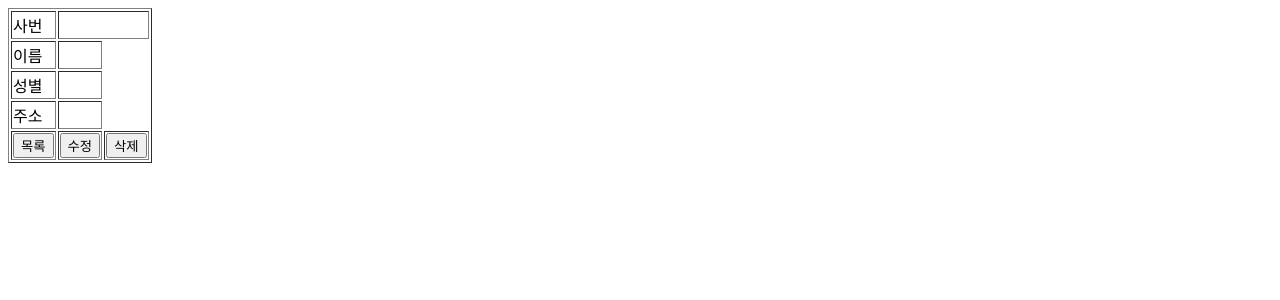
Repository: GeonyoungPark/pythonBasic
Page: http://localhost/HELLO_WEB/emp_detail
The author's editor kept a copy of each file at every save. The page is drawn from the files as they stood at one save, then again after the next save.
The browser window is 1280 px wide. The pictures show the whole page.
The page is served by Tomcat 9. Other server files are loaded and not shown. Queries for data that is not in the repository find no rows.

Above is the page before, as saved 2022-07-04 10:50:20.

### HELLO_WEB/src/main/webapp/emp_detail.jsp
<%@page import="kr.co.aiai.dao.EmpVO"%>
<%@page import="java.util.ArrayList"%>
<%@ page language="java" contentType="text/html; charset=UTF-8"
	pageEncoding="UTF-8"%>

<!DOCTYPE html>
<html>
<head>
<meta charset="UTF-8">
<title>Insert title here</title>
<style type="text/css">
</style>
</head>
<body>
	<%
	EmpVO vo = (EmpVO) request.getAttribute("c");
	%>
	<table border="1px">
		<tr>
			<td>사번</td>
			<td colspan="2"><%=vo.getE_id()%></td>
		</tr>
		<tr>
			<td>이름</td>
			<td><%=vo.getE_name()%></td>
		</tr>
		<tr>
			<td>성별</td>
			<td><%=vo.getSex()%></td>
		</tr>
		<tr>
			<td>주소</td>
			<td><%=vo.getAddr()%></td>
		</tr>
		<tr>
			<td><input type="button" value="목록"></td>
			<td><input type="button" value="수정"></td>
			<td><input type="button" value="삭제"></td>
		</tr>
	</table>
</body>
</html>

### HELLO_WEB/src/main/java/kr/co/aiai/controller/EmpDetail.java
package kr.co.aiai.controller;

import java.io.IOException;
import java.io.PrintWriter;
import java.util.ArrayList;

import javax.servlet.RequestDispatcher;
import javax.servlet.ServletException;
import javax.servlet.annotation.WebServlet;
import javax.servlet.http.HttpServlet;
import javax.servlet.http.HttpServletRequest;
import javax.servlet.http.HttpServletResponse;

import kr.co.aiai.dao.DaoEmp;
import kr.co.aiai.dao.EmpVO;

@WebServlet("/emp_detail")
public class EmpDetail extends HttpServlet {

	protected void doGet(HttpServletRequest request, HttpServletResponse response) throws ServletException, IOException {
		String e_id = request.getParameter("e_id");

		DaoEmp de = new DaoEmp();

		EmpVO vo = new EmpVO();
		vo.setE_id(e_id);

		try {
			vo = de.getOne(vo);
		} catch (Exception e) {
			e.printStackTrace();
		}
		request.setAttribute("c", vo);
		RequestDispatcher rd = request.getRequestDispatcher("/emp_detail.jsp");
		rd.forward(request, response);


	}

	protected void doPost(HttpServletRequest request, HttpServletResponse response) throws ServletException, IOException {
		doGet(request, response);
	}

}

### HELLO_WEB/src/main/java/kr/co/aiai/dao/DaoEmp.java
package kr.co.aiai.dao;

import java.sql.Connection;
import java.sql.DriverManager;
import java.sql.ResultSet;
import java.sql.Statement;
import java.util.ArrayList;

public class DaoEmp {

	public EmpVO getOne(EmpVO pvo) throws Exception {

		EmpVO rvo = new EmpVO();

		Class.forName("com.mysql.jdbc.Driver");
		Connection conn = DriverManager.getConnection("jdbc:mysql://127.0.0.1:3305/python", "root", "python");
		Statement stmt = conn.createStatement();

		String sql = "select e_id,e_name,sex,addr from emp "; // *보단 필드값으로 명시해주는것이 좋은 습관이다
		sql += "where ";
		sql += "e_id = '" + pvo.getE_id() + "' ";

		ResultSet rs = stmt.executeQuery(sql);

		while (rs.next()) {

			rvo.setE_id(rs.getString("e_id"));
			rvo.setE_name(rs.getString("e_name"));
			rvo.setSex(rs.getString("sex"));
			rvo.setAddr(rs.getString("addr"));
		}

		rs.close();
		stmt.close();
		conn.close();

		return rvo;
	}

	public ArrayList<EmpVO> getList() throws Exception {

		ArrayList<EmpVO> list = new ArrayList<EmpVO>();

		Class.forName("com.mysql.jdbc.Driver");
		Connection conn = DriverManager.getConnection("jdbc:mysql://127.0.0.1:3305/python", "root", "python");
		Statement stmt = conn.createStatement();
		String sql = "select * from emp";

		ResultSet rs = stmt.executeQuery(sql);

		while (rs.next()) {
			String e_id = rs.getString("e_id");
			String e_name = rs.getString("e_name");
			String sex = rs.getString("sex");
			String addr = rs.getString("addr");
//			System.out.println("e_id" + e_id + " , " + "e_name = " + e_name);
			EmpVO temp = new EmpVO();
			temp.setE_id(e_id);
			temp.setE_name(e_name);
			temp.setSex(sex);
			temp.setAddr(addr);
			list.add(temp);

		}

		rs.close();
		stmt.close();
		conn.close();

		return list;
	}

	public int insert(EmpVO vo) throws Exception {

		Class.forName("com.mysql.jdbc.Driver");
		Connection conn = DriverManager.getConnection("jdbc:mysql://127.0.0.1:3305/python", "root", "python");
		Statement stmt = conn.createStatement();

		String sql = "insert into emp ";
		sql += "(e_id,e_name,sex,addr) ";
		sql += "values ";
		sql += "('" + vo.getE_id() + "','" + vo.getE_name() + "','" + vo.getSex() + "','" + vo.getAddr() + "')";
		int cnt = stmt.executeUpdate(sql);
		return cnt;
	}

	public int update(EmpVO vo) throws Exception {

		Class.forName("com.mysql.jdbc.Driver");
		Connection conn = DriverManager.getConnection("jdbc:mysql://127.0.0.1:3305/python", "root", "python");
		Statement stmt = conn.createStatement();
		String sql = "";
		sql += "update emp ";
		sql += "set ";
		sql += "e_name = '" + vo.getE_name() + "', ";
		sql += "sex = '" + vo.getSex() + "', ";
		sql += "addr = '" + vo.getAddr() + "' ";
		sql += "where ";
		sql += "e_id = '" + vo.getE_id() + "' ";
		int cnt = stmt.executeUpdate(sql);
		return cnt;
	}

	public int delete(EmpVO vo) throws Exception {

		Class.forName("com.mysql.jdbc.Driver");
		Connection conn = DriverManager.getConnection("jdbc:mysql://127.0.0.1:3305/python", "root", "python");
		Statement stmt = conn.createStatement();
		String sql = "";
		sql += "delete from emp ";
		sql += "where ";
		sql += "e_id = '" + vo.getE_id() + "' ";
		int cnt = stmt.executeUpdate(sql);
		return cnt;
	}

	public static void main(String[] args) throws Exception {
		DaoEmp de = new DaoEmp();
		EmpVO vo = de.getOne(new EmpVO("1","4","4","4"));
		System.out.println("vo :" + vo);
	}
}

### HELLO_WEB/src/main/java/kr/co/aiai/dao/EmpVO.java
package kr.co.aiai.dao;

public class EmpVO {
	private String e_id = "";
	private String e_name= "";
	private String sex = "";
	private String addr = "";

	public EmpVO() {

	}

	public EmpVO(String e_id, String e_name, String sex, String addr) {
		super();
		this.e_id = e_id;
		this.e_name = e_name;
		this.sex = sex;
		this.addr = addr;
	}

	public String getE_id() {
		return e_id;
	}
	public void setE_id(String e_id) {
		this.e_id = e_id;
	}
	public String getE_name() {
		return e_name;
	}
	public void setE_name(String e_name) {
		this.e_name = e_name;
	}
	public String getSex() {
		return sex;
	}
	public void setSex(String sex) {
		this.sex = sex;
	}
	public String getAddr() {
		return addr;
	}
	public void setAddr(String addr) {
		this.addr = addr;
	}
	@Override
	public String toString() {
		return "EmpVO [e_id=" + e_id + ", e_name=" + e_name + ", sex=" + sex + ", addr=" + addr + "]";
	}


}

After the next save:
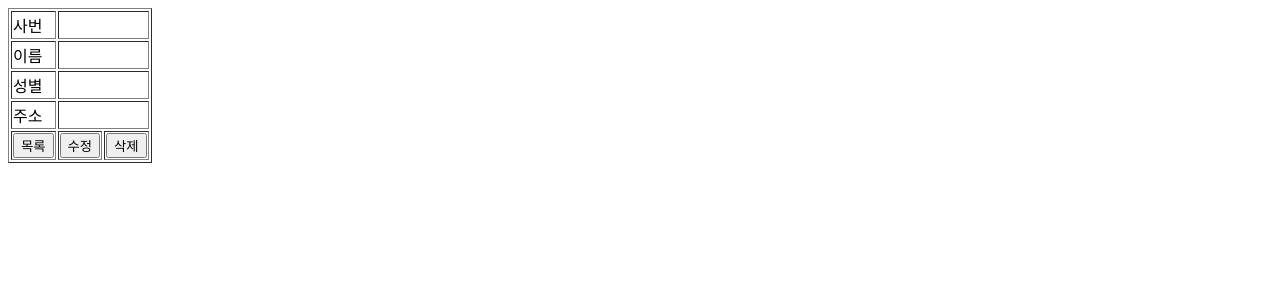
Saved 9 s later.
--- a/HELLO_WEB/src/main/webapp/emp_detail.jsp
+++ b/HELLO_WEB/src/main/webapp/emp_detail.jsp
@@ -22,15 +22,15 @@
 		</tr>
 		<tr>
 			<td>이름</td>
-			<td><%=vo.getE_name()%></td>
+			<td colspan="2"><%=vo.getE_name()%></td>
 		</tr>
 		<tr>
 			<td>성별</td>
-			<td><%=vo.getSex()%></td>
+			<td colspan="2"><%=vo.getSex()%></td>
 		</tr>
 		<tr>
 			<td>주소</td>
-			<td><%=vo.getAddr()%></td>
+			<td colspan="2"><%=vo.getAddr()%></td>
 		</tr>
 		<tr>
 			<td><input type="button" value="목록"></td>
